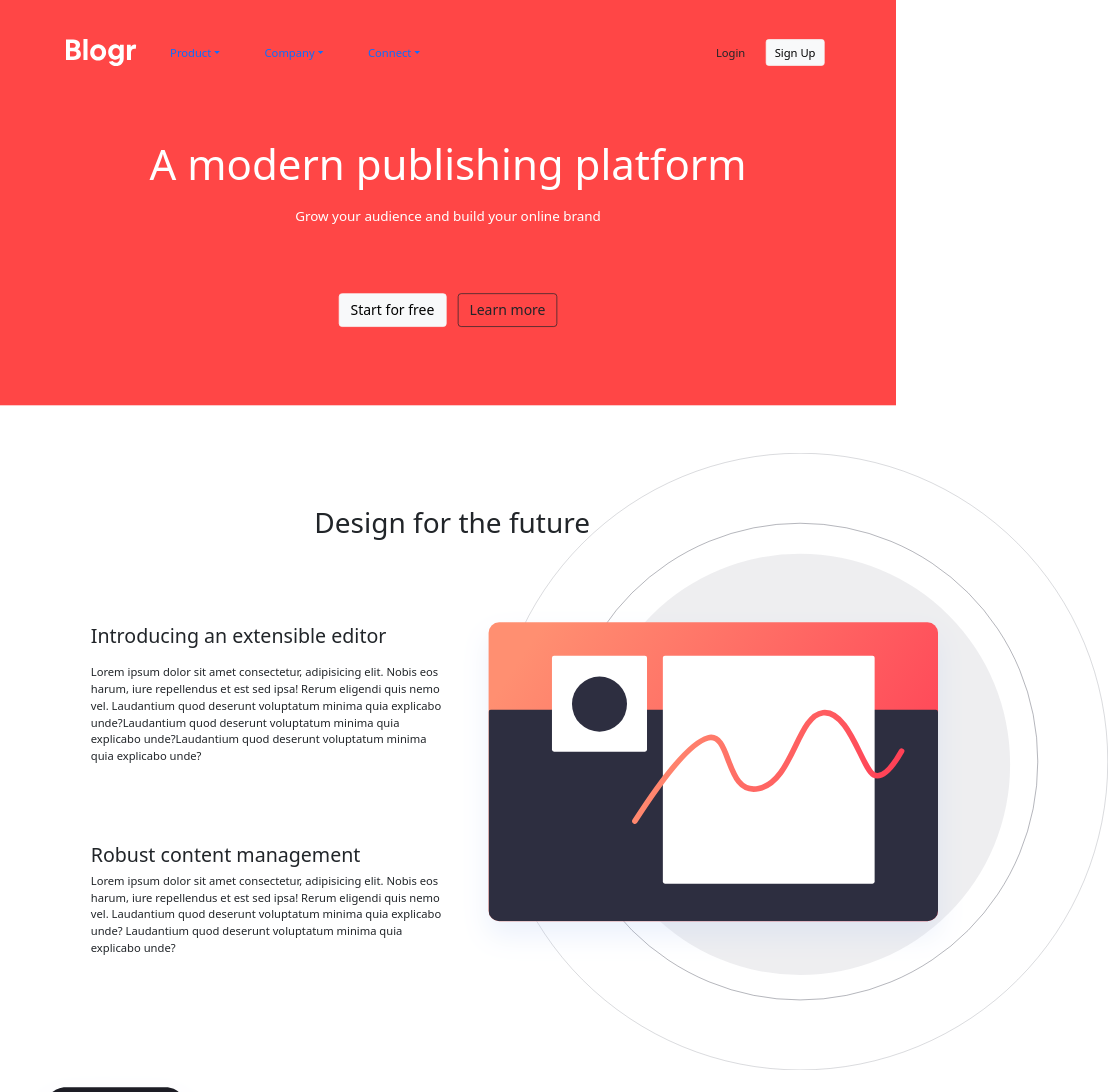
Repository: badhon252/blogr-landing-page
Page: /
These files come from the project's save history. The page is drawn as it stood at one moment and after the next save; the edit follows.
The browser window is 1280 px wide. The page is 1583 px wide, so the pictures cover 1583 px, including what lies to the right of the window. The pictures show the part of the page from y = 0 to 1560 px (the page is 3222 px tall), at 70% of full size.
The project was rebuilt for these pictures with package versions that can differ from the ones it lists, and the page was loaded fresh each time.

Above is the page before, as saved 2022-01-18 22:47:33.

### public/index.html
<!DOCTYPE html>
<html lang="en">

<head>
  <meta charset="utf-8" />
  <link rel="icon" href="%PUBLIC_URL%/favicon.ico" />
  <meta name="viewport" content="width=device-width, initial-scale=1" />
  <meta name="theme-color" content="#000000" />
  <meta name="description" content="Web site created using create-react-app" />
  <link rel="apple-touch-icon" href="%PUBLIC_URL%/logo192.png" />

  <link rel="manifest" href="%PUBLIC_URL%/manifest.json" />
  <!-- Bootstrap css  -->
  <link href="https://cdn.jsdelivr.net/npm/bootstrap@5.1.3/dist/css/bootstrap.min.css" rel="stylesheet"
    integrity="sha384-1BmE4kWBq78iYhFldvKuhfTAU6auU8tT94WrHftjDbrCEXSU1oBoqyl2QvZ6jIW3" crossorigin="anonymous">


  <title>Blogr</title>
</head>

<body>
  <noscript>You need to enable JavaScript to run this app.</noscript>
  <div id="root"></div>

  <!-- Bootstrap js  -->
  <script src="https://cdn.jsdelivr.net/npm/bootstrap@5.1.3/dist/js/bootstrap.bundle.min.js"
    integrity="sha384-ka7Sk0Gln4gmtz2MlQnikT1wXgYsOg+OMhuP+IlRH9sENBO0LRn5q+8nbTov4+1p"
    crossorigin="anonymous"></script>

</body>

</html>

### src/App.js
import Maincomp from "./components/MainComp";

function App() {
  return (
    <div className="App">
      <Maincomp />
    </div>
  );
}

export default App;

### src/components/MainComp.js
import React from "react";
import Fact from "./Facility/Fact";
import Footer from "./Footer/Footer";
import Header from "./Header/Header";
import Info from "./Info/Info";
import Intro from "./Intro/Intro";

const Maincomp = () => {
  return (
    <div>
      <Header />
      <Intro />
      <Fact />
      <Info />
      <Footer />
    </div>
  );
};

export default Maincomp;

### src/components/Facility/Fact.js
import React from "react";
import phones from "../../images/illustration-phones.svg";
export default function Fact() {
  return (
    <div className=" fact">
      <div className="row container">
        <div className="col-md-6">
          <img className="w-100 fact-img" src={phones} alt="Phone images" />
        </div>
        <div className="col-md-6 py-5 fact-params">
          <h3>State of the Art infrastructure</h3>
          <p>
            Lorem ipsum dolor sit amet consectetur adipisicing elit. Veniam
            culpa veritatis ut molestias consectetur minus fugit, quaerat, quos
            assumenda officia unde rerum. Nam quaerat expedita iure, voluptates
            delectus quisquam quod. Nam quaerat expedita iure, voluptates
            delectus quisquam quod.
          </p>
        </div>
      </div>
    </div>
  );
}

### src/components/Footer/Footer.js
import logo from "../../images/logo.svg";
import React from "react";
export default function Footer() {
  return (
    <div>
      <div className="footer">
        <div className="container py-5">
          <div className="row py-5 ">
            <div className="col-md-3">
              <img src={logo} alt="" />
            </div>
            <div className="col-md-3">
              <li>
                <a href="/" className="py-3 h5">
                  Product
                </a>
              </li>
              <br />
              <li>
                <a href="/" className="">
                  Overview
                </a>
              </li>
              <li>
                <a href="/" className="">
                  Pricing
                </a>
              </li>
              <li>
                <a href="/" className="">
                  MarketPlace
                </a>
              </li>
              <li>
                <a href="/" className="">
                  Features
                </a>
              </li>
              <li>
                <a href="/" className="">
                  Integrations
                </a>
              </li>
            </div>
            <div className="col-md-3">
              <li>
                <a href="/" className="py-3 h5">
                  Company
                </a>
              </li>
              <br />
              <li>
                <a href="/" className="">
                  About
                </a>
              </li>
              <li>
                <a href="/" className="">
                  Team
                </a>
              </li>
              <li>
                <a href="/" className="">
                  Blog
                </a>
              </li>
              <li>
                <a href="/" className="">
                  Careers
                </a>
              </li>
            </div>
            <div className="col-md-3">
              <li>
                <a href="/" className="py-5 h5">
                  Connect
                </a>
              </li>
              <br />
              <li>
                <a href="/" className="">
                  Connect
                </a>
              </li>
              <li>
                <a href="/" className="">
                  Newslatter
                </a>
              </li>
              <li>
                <a href="/" className="">
                  LinkIn
                </a>
              </li>
            </div>
          </div>
        </div>
      </div>
    </div>
  );
}

### src/components/Header/Header.js
import React from "react";
import Nav from "./Nav";
import "../styles/index.css";
import HeaderContent from "./HeaderContent";

export default function Header() {
  return (
    <div className="header">
      <div className="container">
        <Nav />
        <HeaderContent />
      </div>
    </div>
  );
}

### src/components/Info/Info.js
import React from "react";
import Logo from "../../images/illustration-laptop-desktop.svg";
import "../styles/index.css";

export default function Info() {
  return (
    <div className="container-fluid">
      <div className="row ms-auto pt-5 mt-5">
        <div className="col-md-6">
          <img
            className=" info-img"
            src={Logo}
            alt="This is MobileLogo svg img"
          ></img>
        </div>
        <div className="col-md-6 info-param">
          <div className=" py-3">
            <h3 className="py-3">Free, Open, Simple</h3>
            <p>
              Lorem ipsum dolor sit amet consectetur, adipisicing elit. Nobis
              eos harum, iure repellendus et est sed ipsa! Rerum eligendi quis
              nemo vel. Laudantium quod deserunt voluptatum minima quia
              explicabo unde?Laudantium quod deserunt voluptatum minima quia
              explicabo unde?Laudantium quod deserunt voluptatum minima quia
              explicabo unde?
            </p>
          </div>
          <div className="py-3">
            <h3>Powerfull Tooling</h3>
            <p>
              Lorem ipsum dolor sit amet consectetur, adipisicing elit. Nobis
              eos harum, iure repellendus et est sed ipsa! Rerum eligendi quis
              nemo vel. Laudantium quod deserunt voluptatum minima quia
              explicabo unde? Laudantium quod deserunt voluptatum minima quia
              explicabo unde?
            </p>
          </div>
        </div>
      </div>
    </div>
  );
}

### src/components/Intro/Intro.js
import React from "react";
import MobileLogo from "../../images/illustration-editor-desktop.svg";
import "../styles/index.css";

export default function Intro() {
  return (
    <div className="container-fluid">
      <div className="row ms-auto pt-5 mt-5">
        <h1 className="intro-h1 py-5">Design for the future</h1>
        <div className="col-md-1"></div>
        <div className="col-md-5">
          <div className=" py-5">
            <h3 className="py-3">Introducing an extensible editor</h3>
            <p>
              Lorem ipsum dolor sit amet consectetur, adipisicing elit. Nobis
              eos harum, iure repellendus et est sed ipsa! Rerum eligendi quis
              nemo vel. Laudantium quod deserunt voluptatum minima quia
              explicabo unde?Laudantium quod deserunt voluptatum minima quia
              explicabo unde?Laudantium quod deserunt voluptatum minima quia
              explicabo unde?
            </p>
          </div>
          <div className="py-5">
            <h3>Robust content management</h3>
            <p>
              Lorem ipsum dolor sit amet consectetur, adipisicing elit. Nobis
              eos harum, iure repellendus et est sed ipsa! Rerum eligendi quis
              nemo vel. Laudantium quod deserunt voluptatum minima quia
              explicabo unde? Laudantium quod deserunt voluptatum minima quia
              explicabo unde?
            </p>
          </div>
        </div>
        <div className="col-md-6 intro-img">
          <img src={MobileLogo} alt="This is MobileLogo svg img"></img>
          <div></div>
        </div>
      </div>
    </div>
  );
}

### src/components/Header/Nav.js
import React from "react";
import "../styles/index.css";
import logo from "../../images/logo.svg";
const Nav = () => {
  return (
    <div>
      <nav className="navbar navbar-expand-lg py-5">
        <div className="container-fluid">
          <a className="navbar-brand" href="/">
            <img src={logo} alt="Blogr" />
          </a>
          <button
            className="navbar-toggler"
            type="button"
            data-bs-toggle="collapse"
            data-bs-target="#navbarSupportedContent"
            aria-controls="navbarSupportedContent"
            aria-expanded="false"
            aria-label="Toggle navigation"
          >
            <span className="navbar-toggler-icon"></span>
          </button>
          <div className="collapse navbar-collapse" id="navbarSupportedContent">
            <ul className="navbar-nav mb-2 mb-lg-0 nav-css">
              <li className="nav-item dropdown px-4">
                <a
                  className="nav-link dropdown-toggle"
                  href="/"
                  id="navbarDropdown"
                  role="button"
                  data-bs-toggle="dropdown"
                  aria-expanded="false"
                >
                  Product
                </a>
                <ul className="dropdown-menu" aria-labelledby="navbarDropdown">
                  <li>
                    <a className="dropdown-item" href="/">
                      Action
                    </a>
                  </li>
                  <li>
                    <a className="dropdown-item" href="/">
                      Another action
                    </a>
                  </li>
                  <li>
                    <hr className="dropdown-divider" />
                  </li>
                  <li>
                    <a className="dropdown-item" href="/">
                      Something else here
                    </a>
                  </li>
                </ul>
              </li>{" "}
              <li className="nav-item dropdown px-4">
                <a
                  className="nav-link dropdown-toggle"
                  href="/"
                  id="navbarDropdown"
                  role="button"
                  data-bs-toggle="dropdown"
                  aria-expanded="false"
                >
                  Company
                </a>
                <ul className="dropdown-menu" aria-labelledby="navbarDropdown">
                  <li>
                    <a className="dropdown-item" href="/">
                      Action
                    </a>
                  </li>
                  <li>
                    <a className="dropdown-item" href="/">
                      Another action
                    </a>
                  </li>
                  <li>
                    <hr className="dropdown-divider" />
                  </li>
                  <li>
                    <a className="dropdown-item" href="/">
                      Something else here
                    </a>
                  </li>
                </ul>
              </li>{" "}
              <li className="nav-item dropdown px-4">
                <a
                  className="nav-link dropdown-toggle"
                  href="/"
                  id="navbarDropdown"
                  role="button"
                  data-bs-toggle="dropdown"
                  aria-expanded="false"
                >
                  Connect
                </a>
                <ul className="dropdown-menu" aria-labelledby="navbarDropdown">
                  <li>
                    <a className="dropdown-item" href="/">
                      Action
                    </a>
                  </li>
                  <li>
                    <a className="dropdown-item" href="/">
                      Another action
                    </a>
                  </li>
                  <li>
                    <hr className="dropdown-divider" />
                  </li>
                  <li>
                    <a className="dropdown-item" href="/">
                      Something else here
                    </a>
                  </li>
                </ul>
              </li>
            </ul>
            {/* login & sign-up */}
            <ul className="navbar-nav ms-auto">
              <li className="nav-login">
                <a className="nav-link" href="/">
                  <button type="button" class="btn">
                    Login
                  </button>
                </a>
              </li>{" "}
              <li className="nav-signup">
                <a className="nav-link" href="/">
                  <button type="button" class="btn btn-light">
                    Sign Up
                  </button>
                </a>
              </li>
            </ul>
          </div>
        </div>
      </nav>
    </div>
  );
};

export default Nav;

### src/components/styles/index.css
.header {
  background-color: rgb(255, 70, 70);
  color: rgb(255, 255, 255);
  /* clip-path: circle(73.8% at 63% 38%); */
}
/* .header-nav {
  color: #fff;

} */
/* .singup,
.login {
  color: aliceblue;
} */

.header-param {
  text-align: center;
}
.header-param h1 {
  font-size: 60px;
}
.header-param p {
  font-size: 1.2rem;
}
/* .header-param .h-btn {
  -webkit-border-radius: 28;
  -moz-border-radius: 28;
  border-radius: 28px;
  font-family: Arial;
  color: #000000;
  font-size: 20px;
  background: #f5f5f5;
  padding: 10px 20px 10px 20px;
  text-decoration: none;
} */

/* Intro ======= */
.intro-h1 {
  text-align: center;
}
.intro-img {
  /* max-width: 100%; */
  margin-top: -180px;
}

/* facility ========== */
.fact {
  margin-top: 80px;
  background-color: rgb(17, 37, 67);
  color: white;
  height: 370px;
  border-radius: 0px 70px 0px 70px;
}
.fact-params {
  margin: auto 0;
}
.fact-img {
  margin-top: -75px;
}

/* info =========== */
.info-img {
  margin-left: -295px;
  min-width: 100%;
}
.info-param {
  margin: auto 0;
}

/* footer ======= */

.footer {
  background-color: rgb(22, 21, 55);
}

.footer li a {
  color: white;
  text-decoration: none;
  list-style-type: none;
}

### src/components/Header/HeaderContent.js
import React from "react";
import "../styles/index.css";
export default function HeaderContent() {
  return (
    <div>
      <div className="py-5 header-param">
        <h1 className="">A modern publishing platform</h1>
        <p className="header-p py-3 ">
          Grow your audience and build your online brand
        </p>
        {/* btn  */}
        <div className="px-5 py-5">
          <button type="button" class="btn btn-lg btn-light me-3 my-3">
            Start for free
          </button>
          <button type="button" class="btn btn-lg btn-outline-dark">
            Learn more
          </button>
        </div>
      </div>
    </div>
  );
}

Loaded but not shown: src/index.js (common file); src/reportWebVitals.js (common file)

After the next save:
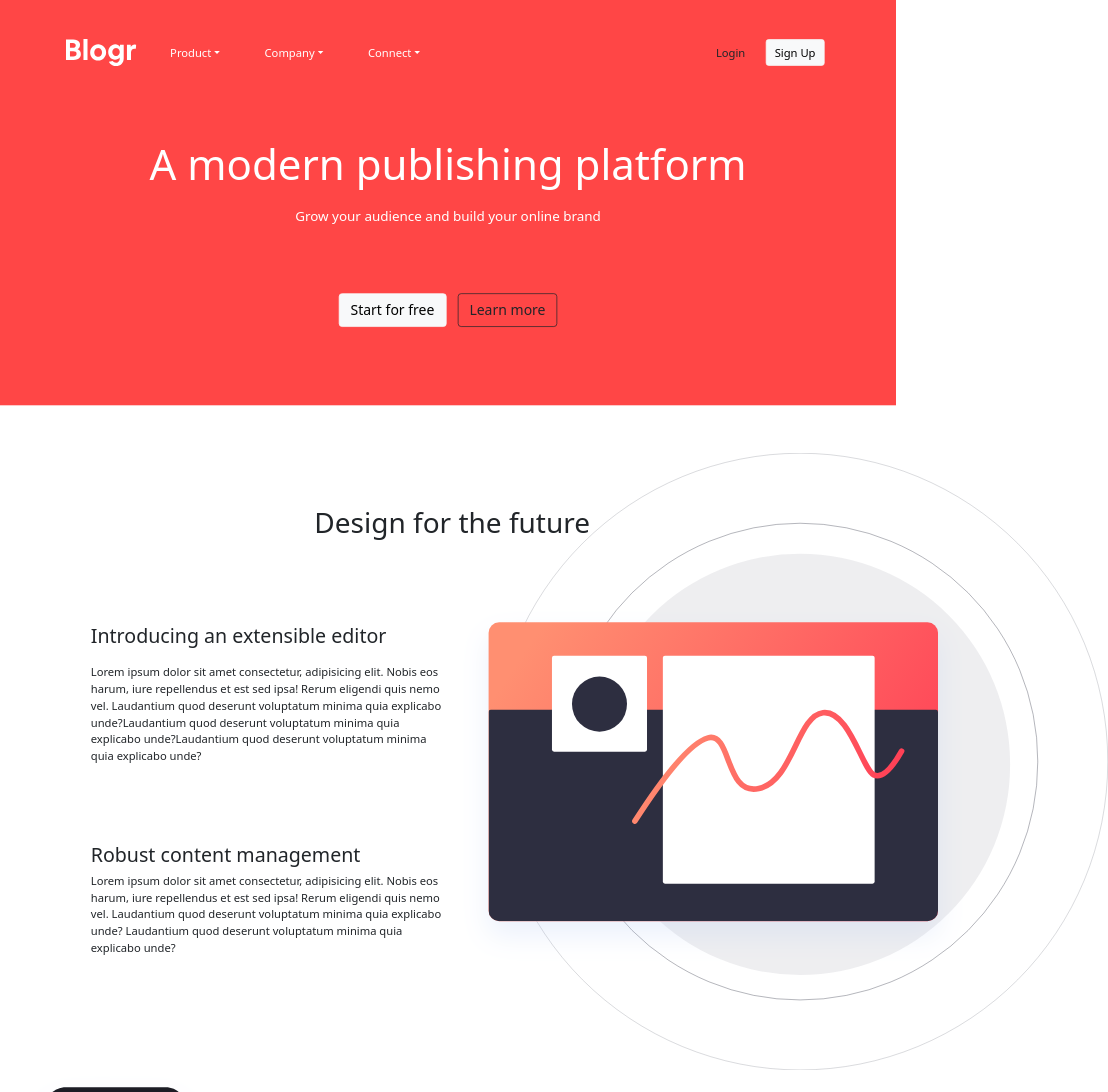
Saved 12 s later.
--- a/src/components/styles/index.css
+++ b/src/components/styles/index.css
@@ -11,6 +11,11 @@
 .login {
   color: aliceblue;
 } */
+
+.nav-css .nav-item .nav-link {
+  text-decoration: none;
+  color: white;
+}
 
 .header-param {
   text-align: center;
